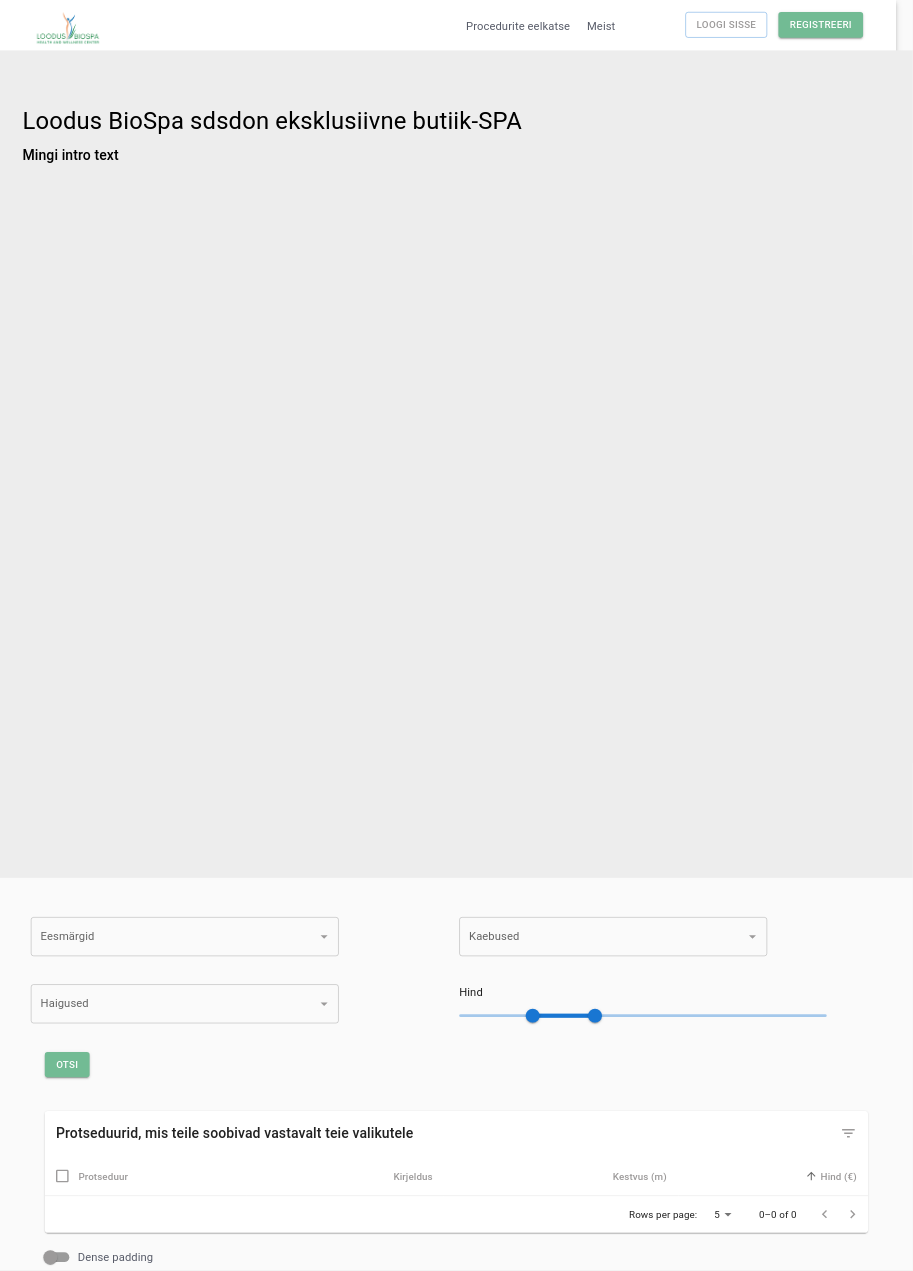
Repository: danieltrut/biospa
Page: / (app in frontend/)
The author's editor kept a copy of each file at every save. The page is drawn from the files as they stood at one save, then again after the next save.
The browser window is 1280 px wide. The page is 1304 px wide, so the pictures cover 1304 px, including what lies to the right of the window. The pictures show the whole page, at 70% of full size.
The page's requests for data from a server got no answer. The project was rebuilt for these pictures with package versions that can differ from the ones it lists, and the page was loaded fresh each time. No one was signed in, and anything a server would have sent is missing. Also part of the build but not shown: frontend/src/Components/Header/Drawer.js, frontend/src/Pages/About.js.

Above is the page before, as saved 2022-04-19 13:28:52.

After the next save:
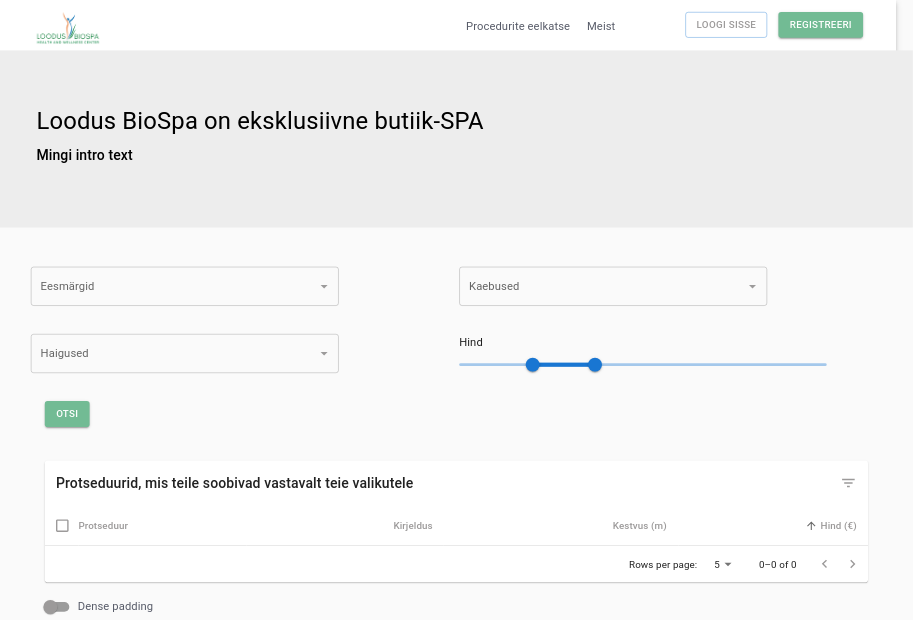
Saved 4 min 39 s later.
--- a/frontend/src/Pages/Procedures.js
+++ b/frontend/src/Pages/Procedures.js
@@ -96,9 +96,9 @@
       <Grid container rowSpacing={1} columnSpacing={{ xs: 1, sm: 2, md: 3 }}>
         <Grid item xs={12} style={classes.intro}>
           {/* HEADER */}
-          <div style={{ height: "1022px" }}>
+          <div style={classes.sec}>
             <Typography variant="h4" component="div" gutterBottom>
-              Loodus BioSpa sdsdon eksklusiivne butiik-SPA
+              Loodus BioSpa on eksklusiivne butiik-SPA
             </Typography>
             {/* INTRO TEXT */}
             <Typography variant="h6" component="div" gutterBottom>
